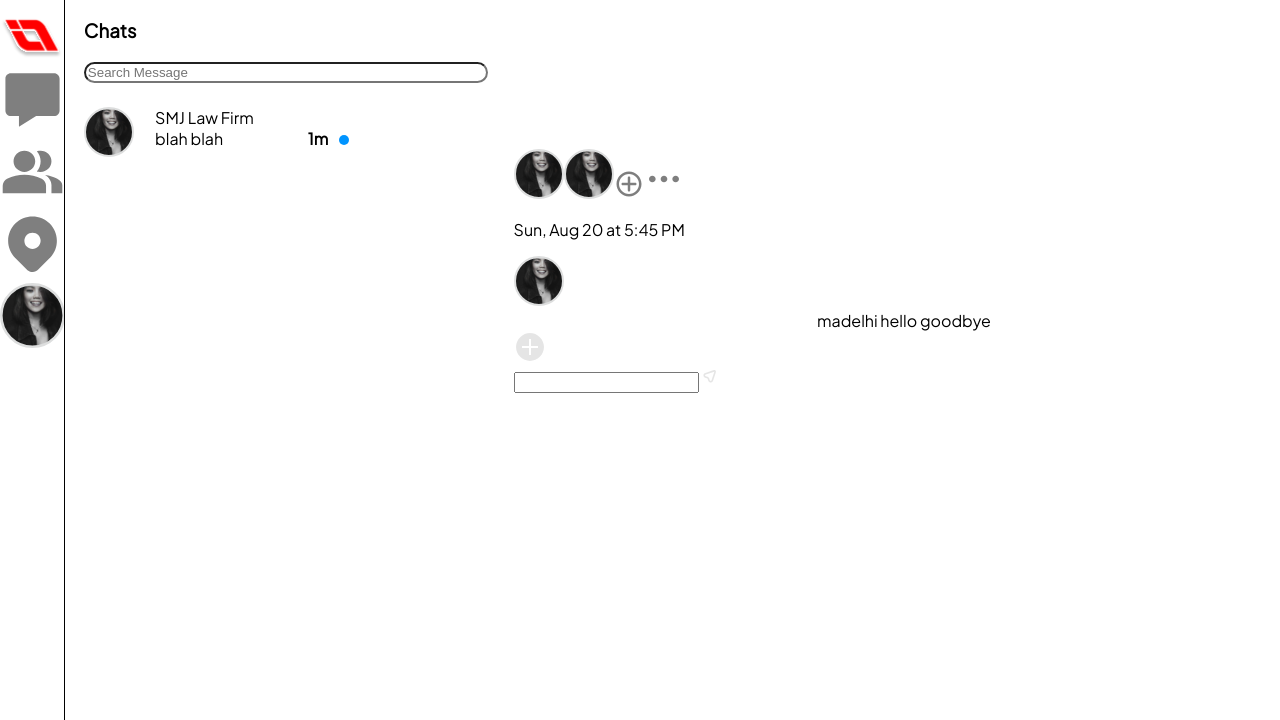
Repository: Nicktacku/LawChat
Page: /homechat (app in frontend/lawchat/)
These files come from the project's save history. The page is drawn as it stood at one moment and after the next save; the edit follows.
The browser window is 1280 px wide. The pictures show the whole page.
The page's requests for data from a server got no answer. The project was rebuilt for these pictures with package versions that can differ from the ones it lists, and the page was loaded fresh each time. No one was signed in, and anything a server would have sent is missing. Also part of the build but not shown: frontend/lawchat/src/styles/button.css, frontend/lawchat/src/components/Button.js, frontend/lawchat/src/pages/Home.js, frontend/lawchat/src/pages/Login.js, frontend/lawchat/src/pages/Test.js.

Above is the page before, as saved 2024-08-15 17:11:17.

After the next save:
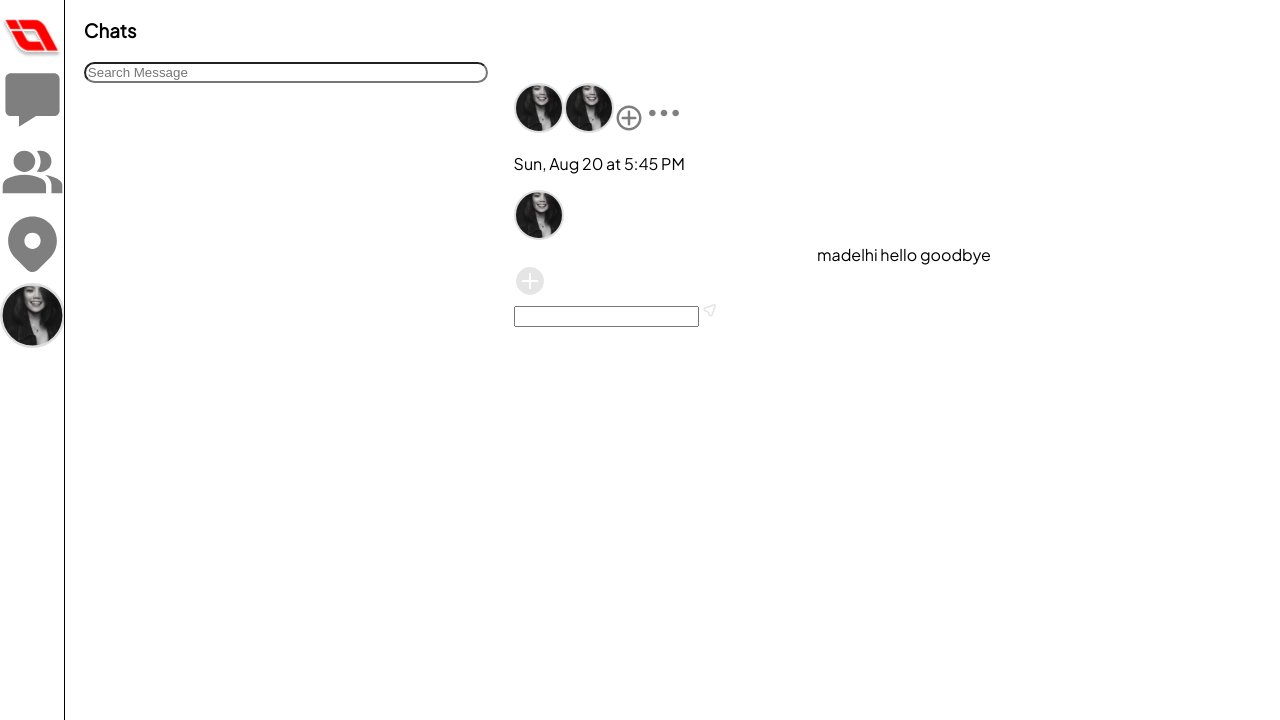
Saved 2 min 20 s later.
--- a/frontend/lawchat/src/pages/HomeChat.js
+++ b/frontend/lawchat/src/pages/HomeChat.js
@@ -23,14 +23,14 @@ import axios from "axios";
 
 const HomeChat = () => {
   const [loading, setLoading] = useState(false);
-  const [gc, setGc] = useState([]);
+  const [gcs, setGcs] = useState([]);
 
   useEffect(() => {
     setLoading(true);
     axios
       .get("http://localhost:5555/users")
       .then((response) => {
-        setGc(response.data);
+        setGcs(response.data);
       })
       .catch((err) => {
         console.log(err);
@@ -54,7 +54,9 @@ const HomeChat = () => {
         <form>
           <input type="text" placeholder="Search Message" className="search" />
         </form>
-        <ChatPreview name="SMJ Law Firm" preview="blah blah" />
+        {gcs.map((gc) => (
+          <ChatPreview name={gc.name} preview="blah blah" />
+        ))}
       </div>
       <div className="chat">
         <div className="chat-bar">
